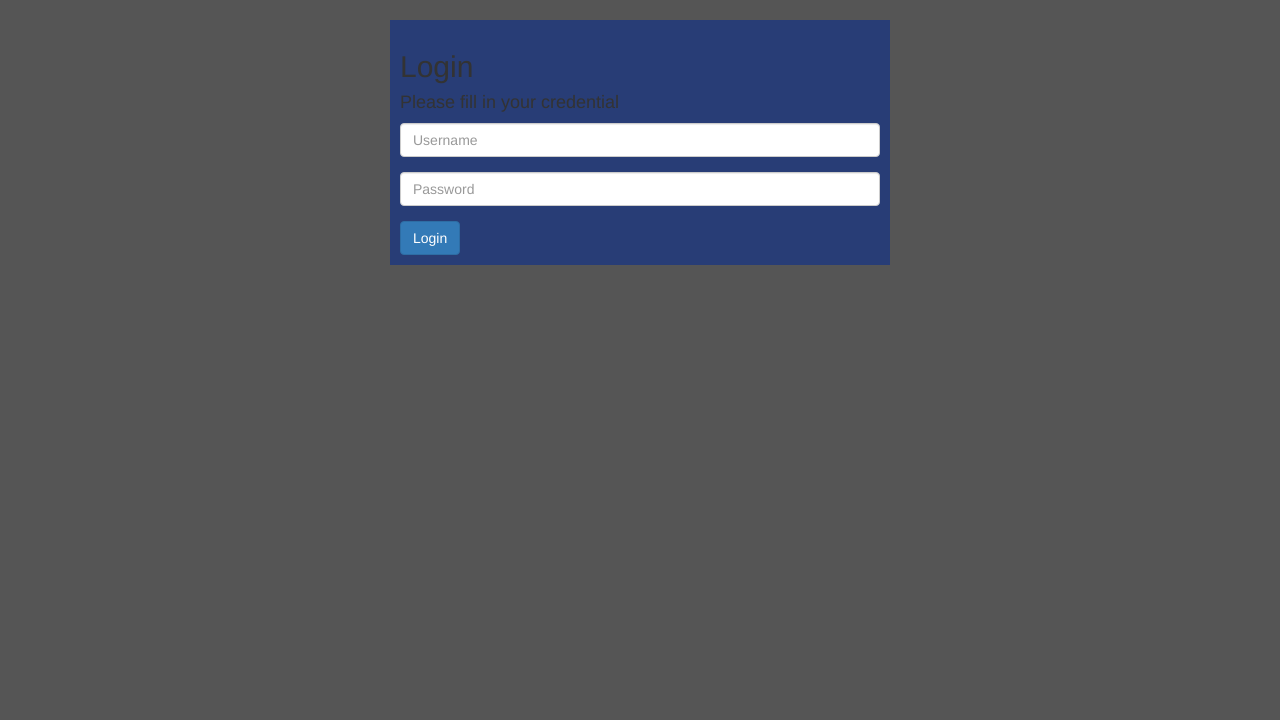
Repository: manjuladevadoss/DemoProject
Page: Eclipseworkspace/DemoTrans/html/login.html
An editor plug-in stored every save of this project. The page is shown before and after the next save, followed by the edit.
The browser window is 1280 px wide. The pictures show the whole page.

Above is the page before, as saved 2019-02-20 09:08:35.

After the next save:
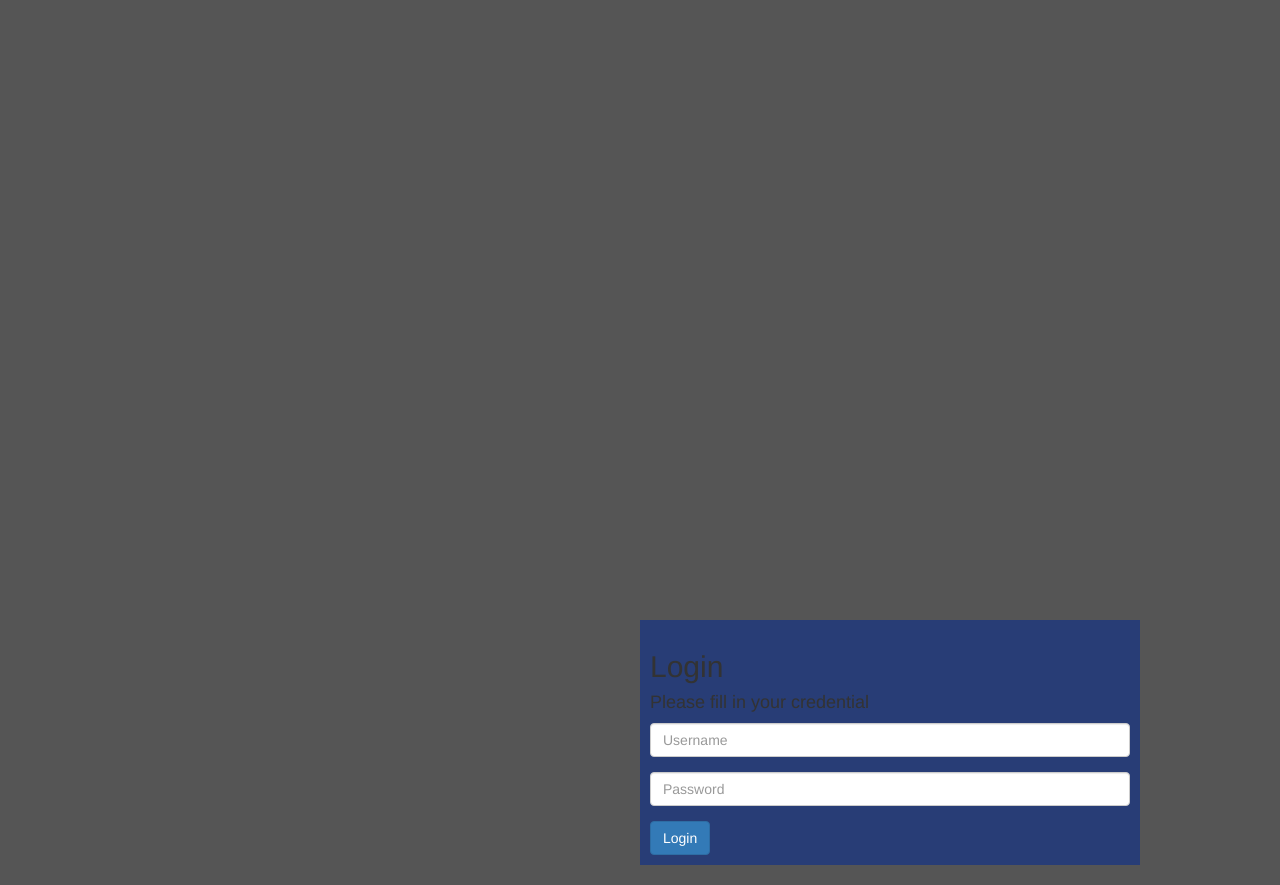
Saved 7 min 50 s later.
--- a/Eclipseworkspace/DemoTrans/html/login.html
+++ b/Eclipseworkspace/DemoTrans/html/login.html
@@ -21,6 +21,8 @@ body {
   margin: auto;
   background: #283D76;
   padding: 10px;
+    margin-top: 50%;
+    margin-left: 50%;
 }
 h1 {
   color: white;
